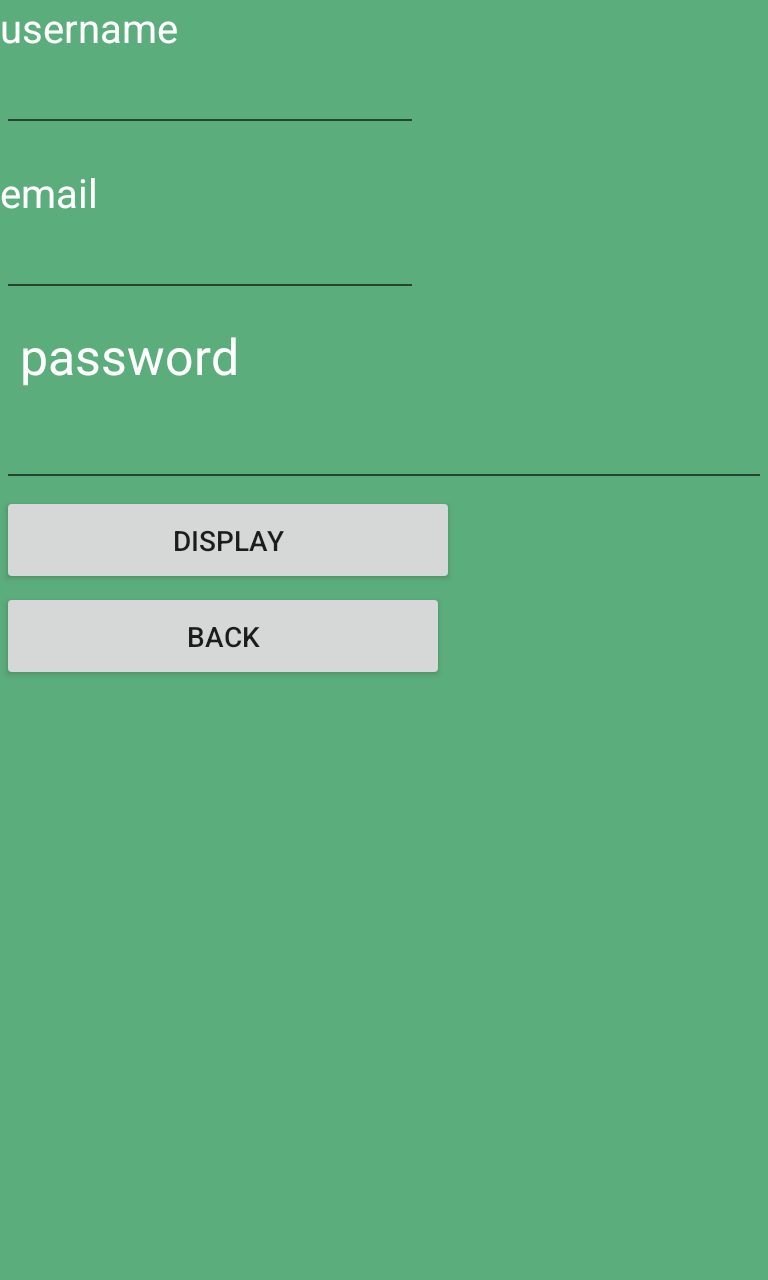
Repository: janemuthoni/icon
Layout: Exam/res/layout/login.xml
The author's editor kept a copy of each file at every save. The layout is drawn from the files as they stood at one save, then again after the next save.
It is drawn on a 768 x 1280 px phone screen (xhdpi) without system bars, with theme AppTheme; the app's code is not run.

Above is the layout before, as saved 2014-08-07 08:30:15.

After the next save:
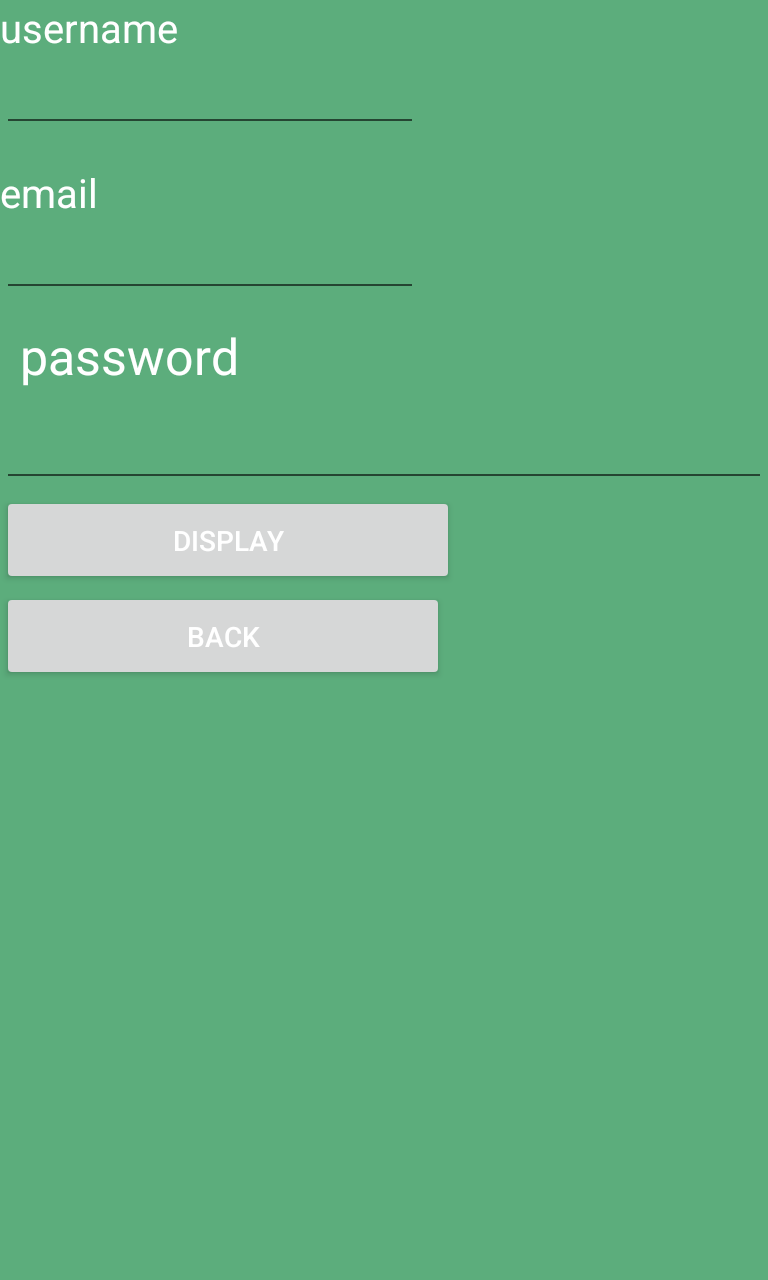
Saved 33 s later.
--- a/Exam/res/layout/login.xml
+++ b/Exam/res/layout/login.xml
@@ -55,12 +55,14 @@
           android:id="@+id/buttondisplay"
           android:layout_width="228dp"
           android:layout_height="wrap_content"
-          android:text="@string/btndisplay" />
+          android:text="@string/btndisplay"
+          android:textColor="@color/white" />
 
       <Button
           android:id="@+id/buttonback"
           android:layout_width="223dp"
           android:layout_height="wrap_content"
-          android:text="@string/buttonback" />
+          android:text="@string/buttonback"
+            android:textColor="@color/white"/>
 
 </LinearLayout>
